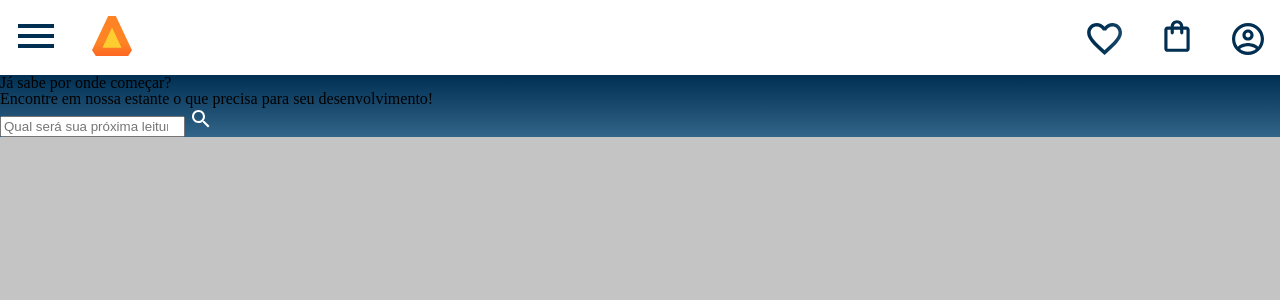
Repository: DamnDTX/projeto-mobile
Page: index.html
An editor plug-in stored every save of this project. The page is shown before and after the next save, followed by the edit.
The browser window is 1280 px wide. The pictures show the whole page.

Above is the page before, as saved 2023-07-28 09:27:55.

### index.html
<!DOCTYPE html>
<html lang="pt-br">
<head>
    <meta charset="UTF-8">
    <meta name="viewport" content="width=device-width, initial-scale=1.0">
    <title>Mobile project</title>
    <link href="./styles/reset.css" rel="stylesheet">
    <link href="./styles/styles.css" rel="stylesheet">


</head>
<body>
    <header class="cabecalho">
       <!--ELEMENTOS Á ESQUERDA-->

        <div class="container">
            <input type="checkbox" id="menu" class="container__botao">
            <label for="menu">
            <span class="cabecalho__menu-hamburguer container__imagem"></span>
            </label>
            <ul class="lista-menu">
                <li class="lista-menu__titulo">
                   Categorias
                </li>

                <li class="lista-menu__item">
                    <a href="#" class="lista-menu__link"> Programação</a>
                </li>

                <li class="lista-menu__item">
                    <a href="#" class="lista-menu__link">Front-End</a>
                </li>

                <li class="lista-menu__item">
                    <a href="#" class="lista-menu__link">Infraestrutura</a>
                </li>

                <li class="lista-menu__item">
                    <a href="#" class="lista-menu__link">Business</a>
                </li>

                <li class="lista-menu__item">
                    <a href="#" class="lista-menu__link">Design-UX</a>
                </li>
            </ul>
             <img src="./img/Logo.svg" class="container__imagem" alt="logo-AluraBooks">
    </div>

        <!--ELEMENTOS Á DIREITA-->

    <div class="container">
        <a href="#"><img src="./img/Favoritos.svg " class="container__imagem" alt="Favoritos"></a>

        <a href="#"><img src="./img/Sacola.svg" class="container__imagem"   alt="Sacola"></a>

        <a href="#"><img src="./img/Usuario.svg"  class="container__imagem" alt="Usuario"></a>
    </div>

</header>
   <section class="banner">
    <h2 class="banner__titulo">
        Já sabe por onde começar?
    </h2>
    <p class="banner__texto">
        Encontre em nossa estante o que precisa para seu desenvolvimento!
    </p>
    <input type="search" class="banner__pesquisa" placeholder="Qual será sua próxima leitura?">
    <img  src="./img/Pesquisa.svg" alt="lupa" class="banner__pesquisa__icone">
   </section>
</body>
</html>

### styles/styles.css
@import url(../styles/header.css);
/* Usamos o '@import" aqui pelo motivo de ser mais rádio o carregamento do arquivo, além de deixar o index.html com menos códigos*/
@import url(./banner.css);

:root{
    --cor-de-fundo-branco:#FFFFFF;
    --cor-de-fundo: #C4C4C4;
    --cor-titulos:#002F52;
    --cor--botoes:#EB9B00;
    --fonte-geral: 'Poppins', sans-serif;
    --tamanho-fonte-titulo:2rem;
}

@import url('https://fonts.googleapis.com/css2?family=Poppins&display=swap');

body{
    background-color: var(--cor-de-fundo);
}

.cabecalho{
    background-color: white;
    display: flex;
    justify-content: space-between;
    align-items: center;
}

.container__botao{
    display: none;
}

### styles/header.css
:root{
    --cor-de-fundo-branco:#FFFFFF;
    --cor-de-fundo: #C4C4C4;
    --cor-titulos:#3c464e;
    --cor-botoes:#EB9B00;
    --fonte-geral: 'Poppins', sans-serif;
    --tamanho-fonte-titulo:2rem;
    --tamanho-fonte-subtitulo:1.3rem;
    --tamanho-fonte-geral:1rem;
    --peso-fonte-geral:400;
    --peso-fonte-titulo:700;
    --peso-fonte-sublinhado:200;
}


.cabecalho__menu-hamburguer {
    width:40px;
    height:40px;
    background-image: url(../img/Menu.svg);
    display: inline-block;
}

/* inline-block pois assim permite ajustes de altura e largura, lembrando que com o display=block não conseguimos fazer tais ajustes */

.cabecalho{
    background-color: var(--cor-de-fundo-branco);
    display: flex;
    justify-content: space-between;
    align-items: center;
    position: relative;
}

/*APÓS ESTA LINHA ACIMA OS ELEMENTOS FICARAM Á ESQUERDA, MAS ISTO ACONTECEU POIS COLOCAMOS-O EM OUTRO ARQUIVO CSS, ESTE ESQUEMA É MUITO BOM QUANDO PRECISAMOS FAZER UM MENU DESSE JEITO SEM USAR JAVASCRIPT, CLARO, O GRANDE SEGREDO FOI O 'justify-content'*/

.container__imagem{
    padding: 1rem;
    background-position: center;
    background-repeat: no-repeat;
    top: 100%;
}

.lista-menu{
    display: none;
    position: absolute;
    width: 55vw;

}

.container__botao:checked~.lista-menu {
    display: block;
}

.lista-menu__titulo{
    color: var(--cor-titulos);
    font-size: var(--tamanho-fonte-geral);
    font-family: var(--fonte-geral);
    font-weight: var(--peso-fonte-titulo);
}

.lista-menu__link{
    color: var(--cor-botoes);
    font-size: var(--tamanho-fonte-geral);
    font-family: var(--fonte-geral);
    text-decoration: none;
    text-transform: uppercase;
    font-weight: var(--peso-fonte-geral);
}

.lista-menu__titulo,
.lista-menu__item{
    background-color: var(--cor-de-fundo-branco);
    padding: 1rem;
}

### styles/banner.css
:root{
    --cor-de-fundo-branco:#FFFFFF;
    --cor-de-fundo: #C4C4C4;
    --cor-titulos:#002F52;
    --cor--botoes:#EB9B00;
    --fonte-geral: 'Poppins', sans-serif;
    --tamanho-fonte-titulo:2rem;
    --cor-fonte-banner: #FFFFFF;
}

.banner{
    background:linear-gradient(#002F52, #326589) ;
    color: var();
}

Loaded but not shown: styles/reset.css (common file)

After the next save:
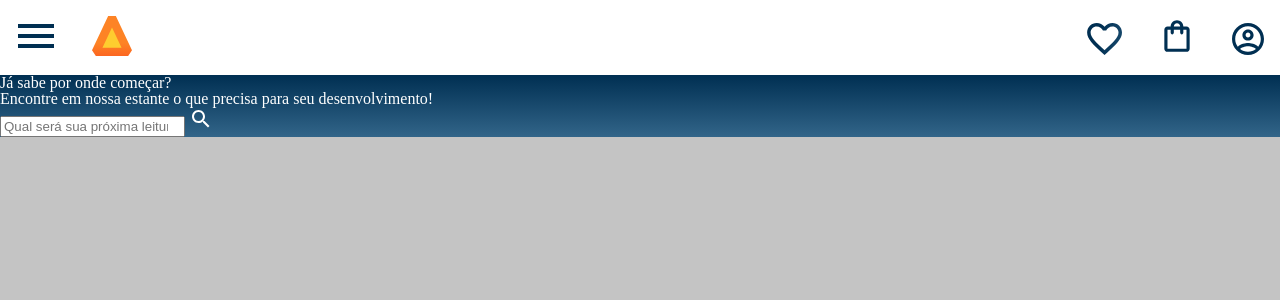
Saved 10 s later.
--- a/styles/banner.css
+++ b/styles/banner.css
@@ -10,5 +10,5 @@
 
 .banner{
     background:linear-gradient(#002F52, #326589) ;
-    color: var();
+    color: var(--cor-fonte-banner);
 }
